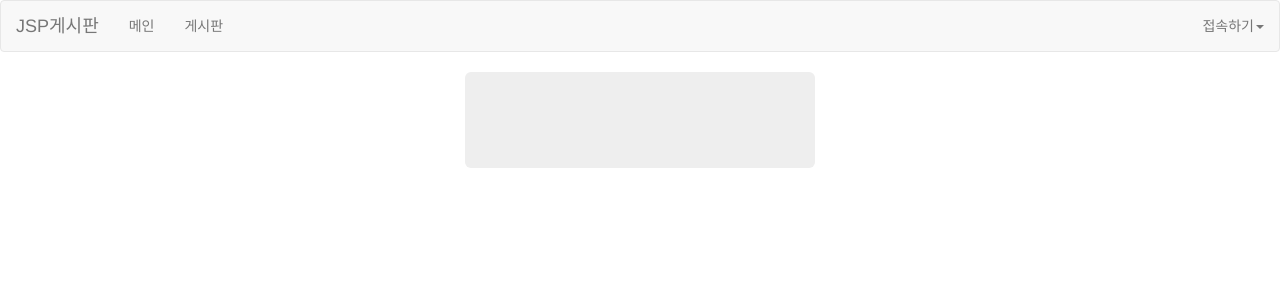
Repository: zoselakt/My_practice_JSP
Page: http://localhost/BBS/login.jsp
An editor plug-in stored every save of this project. The page is shown before and after the next save, followed by the edit.
The browser window is 1280 px wide. The pictures show the whole page.
Some web libraries are served in a nearby version. The page is served by Tomcat 9.

Above is the page before, as saved 2022-03-01 14:41:15.

After the next save:
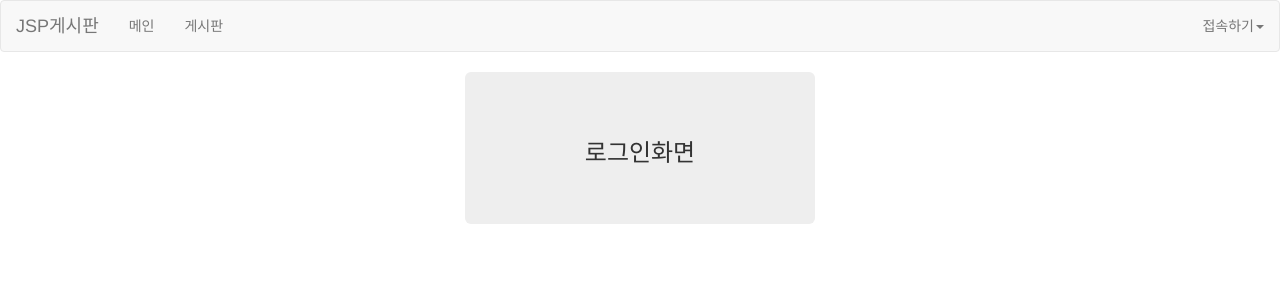
Saved 57 s later.
--- a/BBS/WebContent/login.jsp
+++ b/BBS/WebContent/login.jsp
@@ -45,9 +45,11 @@
 		<div class="col-lg-4"></div>
 		<div class="col-lg-4">
 			<div class="jumbotron style="padding-top: 20px;">
-			<form method="post" action="loginaction.jsp"></form>	</div>
+			<form method="post" action="loginaction.jsp">
+			<h3 style="text-align: center;">로그인화면</h3>
+			</form>
+			</div>
 		</div>
-		<div></div>
 	</div>
 
 	<script src="https://code.jquery.com/jquery-3.1.1.min.js"></script>
